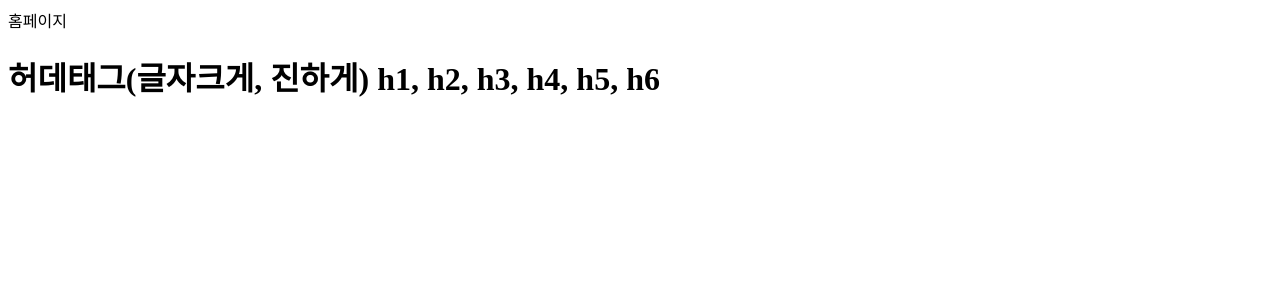
Repository: Seho0218/Webservice
Page: 03_HTML/worksapceWeb/WebApp/src/main/webapp/index.html
The author's editor kept a copy of each file at every save. The page is drawn from the files as they stood at one save, then again after the next save.
The browser window is 1280 px wide. The pictures show the whole page.

Above is the page before, as saved 2022-07-05 05:40:28.

After the next save:
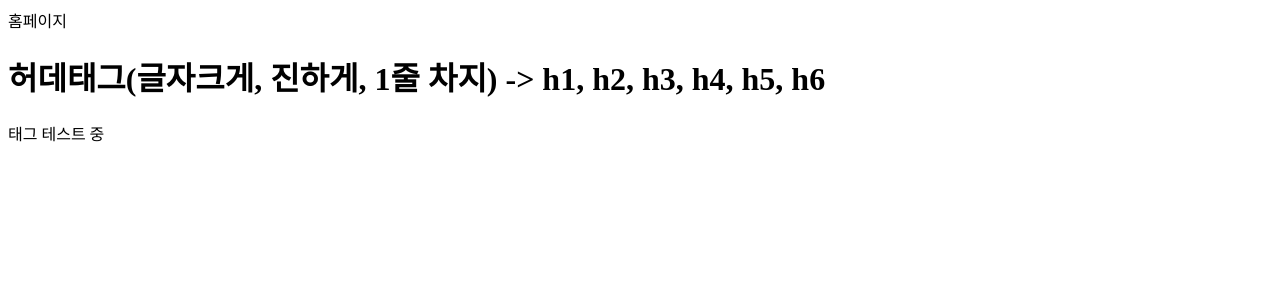
Saved 107 s later.
--- a/03_HTML/worksapceWeb/WebApp/src/main/webapp/index.html
+++ b/03_HTML/worksapceWeb/WebApp/src/main/webapp/index.html
@@ -6,7 +6,8 @@
 </head>
 <body>
 	홈페이지
-	<h1> 허데태그(글자크게, 진하게) h1, h2, h3, h4, h5, h6</h1>
-
+	<h1> 허데태그(글자크게, 진하게, 1줄 차지)
+		->	h1, h2, h3, h4, h5, h6</h1>
+	태그 테스트 중
 </body>
 </html>
